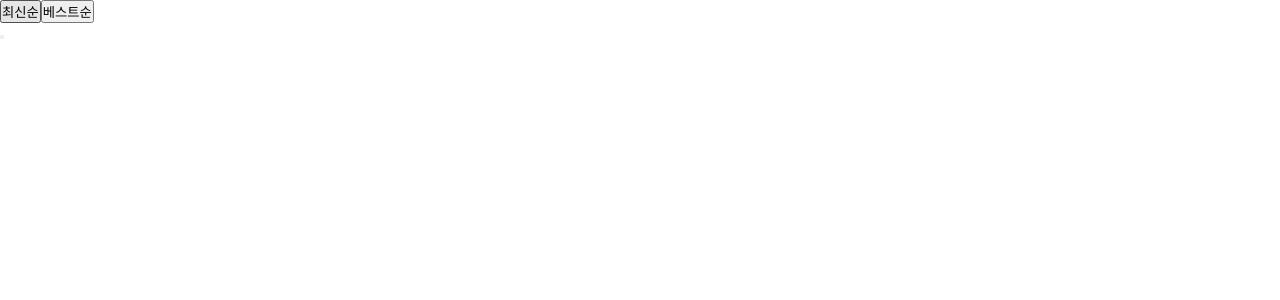
Repository: songjiwon17/React_study_movie
Page: /
These files come from the project's save history. The page is drawn as it stood at one moment and after the next save; the edit follows.
The browser window is 1280 px wide. The pictures show the whole page.
The project was rebuilt for these pictures with package versions that can differ from the ones it lists, and the page was loaded fresh each time.

Above is the page before, as saved 2023-09-21 11:56:23.

### public/index.html
<!DOCTYPE html>
<html lang="ko">
    <head>
        <meta charset="UTF-8">
        <title>movie_pedia</title>
    </head>
    <body>
        <div id="root"></div>
    </body>
</html>

### src/index.js
import React from 'react';
import ReactDOM from 'react-dom/client';
import App from '../src/components/App';

const root = ReactDOM.createRoot(document.getElementById('root'));
root.render(
  <React.StrictMode>
    <App />
  </React.StrictMode>
);

### src/components/App.js
import { getReviews } from "../api";
import ReviewList from "./ReviewList";
import { useState } from "react";

function App(){
    const [items, setItems] = useState([]); //

    const [order, setOrder] = useState('createdAt');
    const sortedItems = items.sort((a,b)=>b[order] - a[order]);

    const handleNewestClick = () => setOrder('createdAt');
    const handleBestClick = () => setOrder('rating');

    const handleDelete = (id)=>{ //id를 파라미터로 받아옴 //해당아이디를 가진 요소를 filter를 통해서 걸러낸다.
        const nextItems = items.filter((item)=>item.id !== id); //!== -> 같지 않으면 true 반환
        setItems(nextItems);
    }

    const handleLoadClick = async () => {
        const { reviews } = await getReviews();
        setItems(reviews);
    }

    return (
        <div>
            <div>
                <button onClick={handleNewestClick}>최신순</button>
                <button onClick={handleBestClick}>베스트순</button>
            </div>
            <ReviewList items={sortedItems} onDelete={handleDelete}/>
            <button onClick={handleLoadClick}></button>
        </div>
    )
}
export default App;

### src/api.js
export async function getReviews(){
    const response = await fetch('https://learn.codeit.kr/0633/film-reviews/')
    const body = await response.json();
    return body;
}

### src/components/ReviewList.js
import './ReviewList.css';

function formatDate(value){
    const date = new Date(value);
    return `${date.getFullYear()}. ${date.getMonth() + 1}. ${date.getDate()}`
}

function ReviewListItem({item, onDelete}){ //
    const handleDeleteClick = ()=>onDelete(item.id);

    return(
        <div className="ReviewListItem">
            <img className="ReviewListItem-img" src={item.imgUrl} alt={item.title}/>
            <div>
                <h1>{item.title}</h1>
                <p>{item.rating}</p>
                <p>{formatDate(item.createdAt)}</p>
                <p>{item.content}</p>
                <button onClick={handleDeleteClick}>삭제</button>
            </div>
        </div>
    )
}

function ReviewList({items, onDelete}){
    return (
        <ul>
        {items.map((item)=>{
        return (
            <li key={item.id}>
                <ReviewListItem item={item} onDelete={onDelete}/>
            </li>
        );
        })}
        </ul>
    );
}
export default ReviewList;

### src/components/ReviewList.css
@charset "utf-8";

*{padding: 0; margin: 0;}
a{text-decoration: none;}
ul{list-style: none;}
img{border: none;}

/* ReviewList */
.ReviewListItem{
    display: flex;
    padding: 10px; align-items: center;
}
.ReviewListItem-img{
    width: 200px; height: 300px; object-fit: cover;
    margin-right: 20px;
}

After the next save:
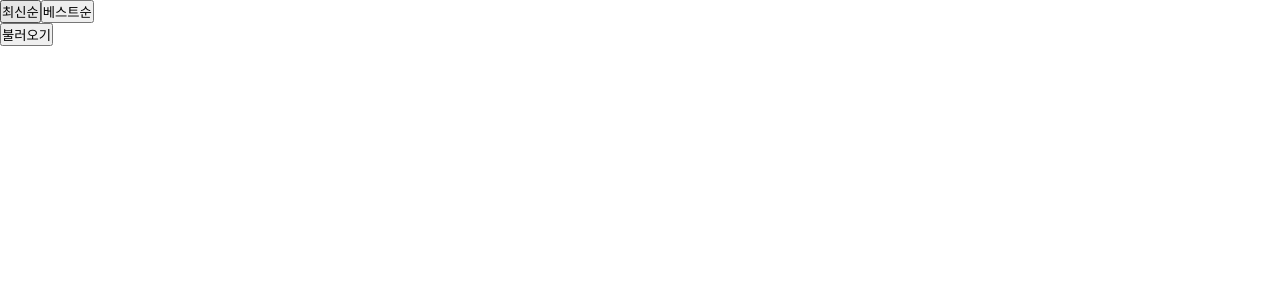
Saved 11 s later.
--- a/src/components/App.js
+++ b/src/components/App.js
@@ -28,7 +28,7 @@ function App(){
                 <button onClick={handleBestClick}>베스트순</button>
             </div>
             <ReviewList items={sortedItems} onDelete={handleDelete}/>
-            <button onClick={handleLoadClick}></button>
+            <button onClick={handleLoadClick}>불러오기</button>
         </div>
     )
 }
